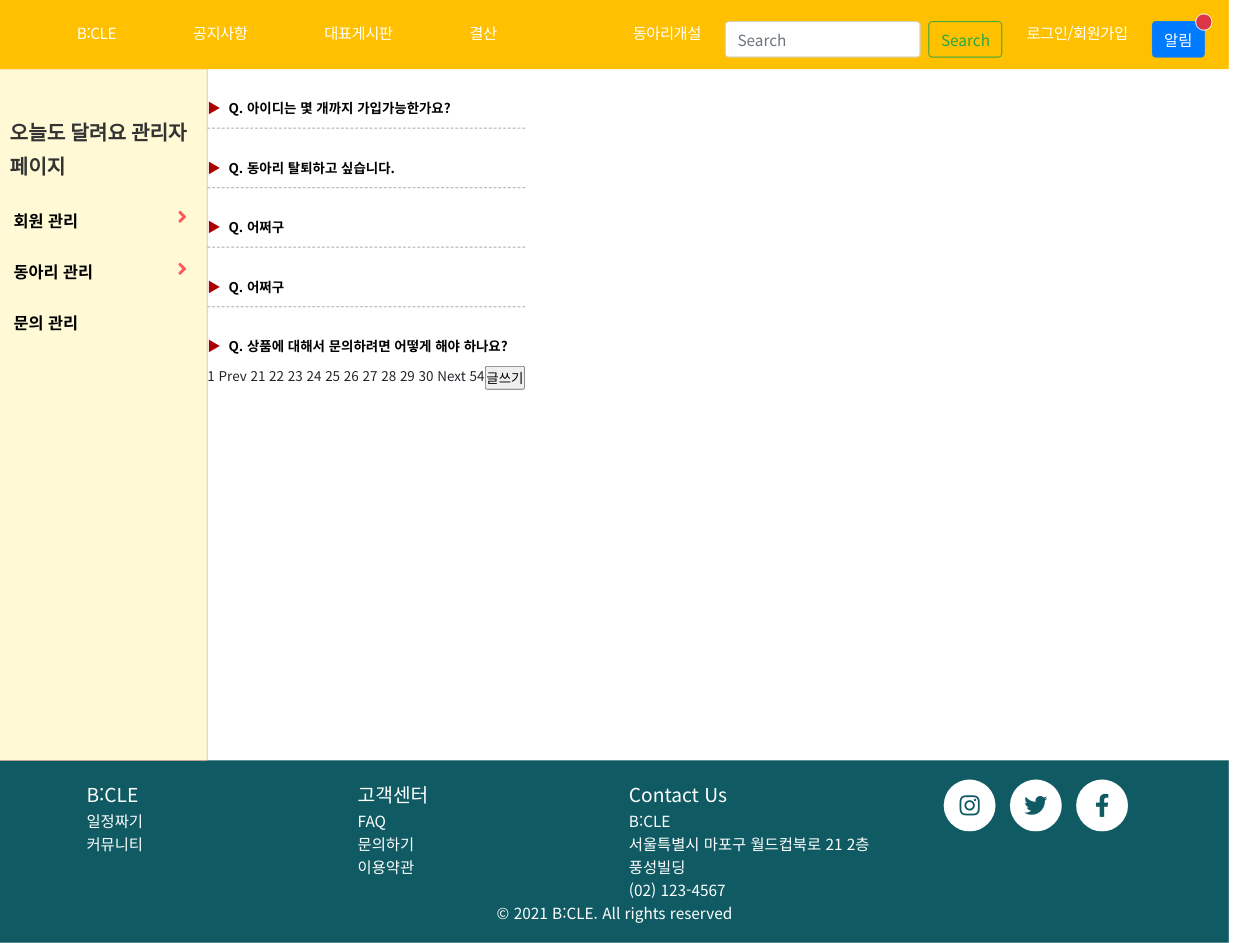
Repository: hyodii/FinalProject
Page: http://localhost/ViewPage/faqList.jsp
These files come from the project's save history. The page is drawn as it stood at one moment and after the next save; the edit follows.
The browser window is 1280 px wide. The page is 1280 px wide, then 1302 px, then 1280 px, so the pictures cover 1302 px, including what lies to the right of the window. The pictures show the whole page, at 96% of full size.
Some web fonts or font styles are not loaded; a fallback is used. Some web libraries are served in a nearby version. The page is served by Tomcat 9.

Above is the page before, as saved 2021-12-14 07:37:39.

### ViewPage/WebContent/faqList.jsp
<%@ page contentType="text/html; charset=UTF-8"%>
<%@ taglib prefix="c" uri="http://java.sun.com/jsp/jstl/core"%>
<%
   request.setCharacterEncoding("UTF-8");
   String cp = request.getContextPath();
%>
<!DOCTYPE html>
<html>
<head>
<meta charset="UTF-8">
<title>footerFaqList.jsp</title>
<style type="text/css">
.layout{
    max-width: 600px;
    margin: 0 auto;
}

.qna{
    list-style: none;
    margin: 0;
    padding: 0;
}
.qna > li{
  padding: 10px 0;
  box-sizing: border-box;
}
.qna > li:nth-child(n+2){ /* 아이템 구분 점선 */
  border-top: 1px dashed #aaa;
}
.qna input {
  display: none;
}

.qna label { /* 제목 - 클릭 영역 */
  font-weight: bold;
  color: #000;
  margin: 20px 0 0;
  cursor: pointer;
}
.qna label::before { /* 제목 앞 화살표 */
  content: "▶";
  display: block;
  color: #a00;
  margin-right: 8px;
  float: left;
}
.qna input:checked + label::before { /* 내용 펼침 상태 제목 앞 화살표 */
  content: "▼";
}

.qna div { /* 내용 영역 - 기본 감춤 상태 */
  display: none;
  color: #666;
  font-size: 0.9375em;
  overflow: hidden;
  padding: 10px 0 10px 30px;
  box-sizing: border-box;
  transition: max-height 0.4s;
}
.qna input:checked + label + div { /* 내용 영역 펼침 */
  display: block;
}

#content_footer
{
	display: flex;
	justify-content: space-between;
}



#content
{
	margin: 10vh 0vh 10vh 10vh;
	width: 100%;
}

.merge{
display : flex;
}
</style>
</head>
<body>
<!--
	footerFaqList.jsp
	- 푸터 고객센터 - 글목록 리스트
-->

<div class="wrap">
	<!-- 네브 영역 -->
      <div>
         <c:import url="nav.jsp"></c:import>
      </div>



    <div class="merge">
      <!-- 사이드바 영역 -->
      <div>
          <c:import url="sidebarBeeAdmin.jsp"></c:import>
      </div>

	<div class="content">
		<ul class="qna">
	         <li>
	             <input type="checkbox" id="qna-1">
	             <label for="qna-1">Q. 아이디는 몇 개까지 가입가능한가요?</label>
	             <div>
	                 <p>A. 안녕하세요. 비클 운영진입니다.<br> 아이디는 주민번호당 1 아이디를 원칙으로 하고있습니다.</p>
	             </div>
	         </li>
	         <li>
	             <input type="checkbox" id="qna-2">
	             <label for="qna-2">Q. 동아리 탈퇴하고 싶습니다.</label>
	             <div>
	                 <p>A. 안녕하세요. 비클 운영진입니다.<br> 동아리 메인페이지 하단에 동아리 탈퇴버튼으로 탈퇴가 가능합니다.</p>
	                 <p>단, 운영진의 경우 운영진자리를 위임해야 탈퇴가 가능합니다.</p>
	             </div>
	         </li>
	         <li>
	             <input type="checkbox" id="qna-3">
	             <label for="qna-3">Q. 어쩌구</label>
	             <div>
	                 <p>A. 어쩌구저꺼주 답변답변</p>
	                 <p>어쩌구저꺼주 답변답변어쩌구저꺼주 답변답변어쩌구저꺼주 답변답변어쩌구저꺼주 답변답변어쩌구저꺼주 답변답변어쩌구저꺼주 답변답변</p>
	             </div>
	         </li>
	         <li>
	             <input type="checkbox" id="qna-4">
	             <label for="qna-4">Q. 어쩌구</label>
	             <div>
	                 <p>A. 어쩌구 답변</p>
	             </div>
	         </li>
	         <li>
	             <input type="checkbox" id="qna-5">
	             <label for="qna-5">Q. 상품에 대해서 문의하려면 어떻게 해야 하나요?</label>
	             <div>
	                 <p>A. 상품에 관한 내용은 상품상세 화면에 자세히 안내되어 있습니다. 마이페이지 > 주문내역에서 주문한 상품을 선택하면 상세페이지로 이동합니다.</p>
	                 <p>상품 상세 내용에 표시되어 있지 않은 내용은 판매자에게 문의해 주십시오.</p>
	                 <p>> 판매자에게 문의</p>
	                 <p>1. "마이페이지 > 주문내역에서 상품 선택 > 배송/교환/반품 안내"에 표기된 판매자 연락처로 문의</p>
	                 <p>2. "["마이페이지 > 1:1문의하기 > 문읜타입에서 판매자에게 문의하기"를 선택한 후 질의 내용 작성</p>
	             </div>
	         </li>
	     </ul>

     	<div id="content_footer">
         <p>1 Prev 21 22 23 24 25 26 27 28 29 30 Next 54</p>
         <input type="button" value="글쓰기"
         onclick="javaScript:location.href='<%=cp %>/beefreeCreated.jsp'"/>
      	</div>

     </div>
    </div>
     	 <!-- 푸터 영역 -->
	      <div>
	      	<c:import url="footer.jsp"></c:import>
	      </div>

</div>

</body>
</html>

### ViewPage/WebContent/nav.jsp
<%@ page contentType="text/html; charset=UTF-8"%>
<%@ taglib prefix="c" uri="http://java.sun.com/jsp/jstl/core"%>
<%
	request.setCharacterEncoding("UTF-8");
String cp = request.getContextPath();
%>
<!DOCTYPE html>
<html lang="ko">
<head>
<meta charset="UTF-8">
<meta name="viewport" content="width=device-width, initial-scale=1">
<title>B:CLE</title>
<!-- <link rel="stylesheet" href="css/main.css"> -->
<link rel="stylesheet" href="css/font-awesome.min.css">
<link
	href="https://cdn.jsdelivr.net/npm/bootstrap@5.1.3/dist/css/bootstrap.min.css"
	rel="stylesheet"
	integrity="sha384-1BmE4kWBq78iYhFldvKuhfTAU6auU8tT94WrHftjDbrCEXSU1oBoqyl2QvZ6jIW3"
	crossorigin="anonymous">

<style>
@import
	url('https://fonts.googleapis.com/css?family=Exo+2|Noto+Sans+KR&display=swap')
	;
/*reset*/
* {
	margin: 0;
	padding: 0;
}
body {
	margin: 0;
}
h1, h2, h3, h4, h5, h6, p, ul, ol, li, dl, dt, dd {
	margin: 0;
	padding: 0;
}
h1, h2, h3, h4, h5, h6 {
	font-weight: 700;
	font-size: inherit;
}
a {
	color: inherit;
	text-decoration: inherit;
}
img {
	vertical-align: middle;
}
a img {
	border: none;
}
li {
	list-style: none;
}
address, em, i, ul {
	font-style: normal;
}
.mo {
	display: none;
}
body {
	font-family: 'Noto Sans KR', sans-serif;
	font-size: 14px;
}
header {
	font-family: 'Noto Sans KR', sans-serif;
	letter-spacing: -0.5px;
	background: rgb(255, 192, 0);
	color: white;
	height: 10vh;
	width: 100%;
	position: relative;
	margin-top: -20px;
}
.mainHeader {
	width: 100%;
	margin-top: 20px;
	box-sizing: border-box;
	vertical-align: center;
}
.mainHeader .gnbMo {
	display: none;
}
.mainHeader .gnb {
	float: left;
	margin-left: 80px;
	margin-top: 3vh;
}
.mainHeader .gnb li {
	float: left;
	margin-right: 80px;
}
.mainHeader .gnb li a {
	display: block;
	width: 100%;
	height: 100%;
	text-align: center;
	color: #fff;
	font-size: 16px;
	text-decoration-line: none;
}
.mainHeader .gnb li a:hover, .mainHeader .gnb li a:focus {
	color: #ff8342;
}
.mainHeader .tnb {
	float: right;
	margin-top: 3vh;
}
.mainHeader .tnb li {
	float: left;
	margin-right: 25px;
}
.mainHeader .tnb li a {
	display: block;
	width: 100%;
	height: 100%;
	text-align: center;
	font-size: 16px;
	color: #fff;
	text-decoration-line: none;
}
.mainHeader .tnb li:nth-child(1) a i, .mainHeader .tnb li:nth-child(2) a i
	{
	font-size: 20px;
	margin-right: 8px;
}
.mainHeader .tnb li:last-child a {
	display: block;
	width: 105px;
	line-height: 2;
	border: 1px solid #fff;
	border-radius: 30px;
	margin-top: 35px;
}
.mainHeader .tnb li:last-child a i {
	margin-left: 5px;
}
.mainHeader .tnb li:last-child a:hover {
	background: #fff;
	color: #ff8342;
	transition: all 0.3s;
}
.btn-primary {
    color: #fff;
    background-color: #105b63;
    border-color: #105b63;
}
</style>


</head>
<body>
	<!--header-->
	<header>
		<div class="mainHeader">
			<nav class="gnb">
				<ul>
					<li><a href="#">B:CLE</a></li>
					<li><a href="#">공지사항</a></li>
					<li><a href="#">대표게시판</a></li>
					<li><a href="#">결산</a></li>
				</ul>
			</nav>
			<nav class="tnb">
				<ul>

					<li><a href="#">동아리개설</a></li>

					<li>
						<form class="d-flex">
							<input class="form-control me-2" type="search"
								placeholder="Search" aria-label="Search">
							<button class="btn btn-outline-success" type="submit">Search</button>
						</form>
					</li>




					<li><a href="#"></i>로그인/회원가입</a></li>
					<li><button type="button"
							class="btn btn-primary position-relative">
							알림 <span
								class="position-absolute top-0 start-100 translate-middle p-2 bg-danger border border-light rounded-circle">
								<span class="visually-hidden">New alerts</span>
							</span>
						</button></li>
				</ul>
			</nav>
			<nav class="gnbMo">
				<a href="#"><i class="fa fa-bars" aria-hidden="true"></i></a>
			</nav>
		</div>
	</header>
</body>
</html>

<!-- 검색부분에 쓸 부트스트랩 -->
<!--       <form class="d-flex">
        <input class="form-control me-2" type="search" placeholder="Search" aria-label="Search">
        <button class="btn btn-outline-success" type="submit">Search</button>
      </form> -->

### ViewPage/WebContent/sidebarBeeAdmin.jsp
<%@ page contentType="text/html; charset=UTF-8"%>
<%@ taglib prefix="c" uri="http://java.sun.com/jsp/jstl/core"%>
<%
   request.setCharacterEncoding("UTF-8");
   String cp = request.getContextPath();
%>
<!DOCTYPE html>
<html>
<head>
<meta charset="UTF-8">
<title>sidebarBeeAdmin.jsp</title>
<link rel="stylesheet" href="https://use.fontawesome.com/releases/v5.14.0/css/all.css" integrity="sha384-HzLeBuhoNPvSl5KYnjx0BT+WB0QEEqLprO+NBkkk5gbc67FTaL7XIGa2w1L0Xbgc" crossorigin="anonymous">
<style type="text/css">
*
{
	margin: 0;
	padding: 0;
}

/* 사이드 메뉴 */
.left_menu
{
    /* position: fixed; */
    width: 30vh;
    height: 100vh;
    z-index: 10;
  	background: #FFFAD5;
    border-right: 1px solid rgba(0, 0, 0, 0.07);
    bottom: 50px;
    height: 100%;
    margin-top: 0px;
    padding-bottom: 0px;
    /* box-shadow: 0 0px 24px 0 rgb(0 0 0 / 6%), 0 1px 0px 0 rgb(0 0 0 / 2%); */
    color: white;
    overflow:hidden;
}

.sub_menu
{
    margin-top: 50px;
}

.left_menu>.sub_menu li:hover
{
    color: ff5858;
    background-color: #e1e1e1;
}

.left_menu>.sub_menu li
{
    color: black;
    font-size: 17px;
    font-weight: 600;
    padding: 20px 0px 8px 14px;
}

.sub_menu>h2
{
    padding-bottom: 4px;
    margin-top: 30px;
    font-size: 21px;
    font-weight: 600;
    color: #333;
    margin-left: 10px;
    margin-right: 10px;
    font-family: 'NotoKrB';
    line-height: 35px;
}

.sub_menu .fas
{
    color: #ff5858;
    font-size: 20px;
    line-height: 20px;
    float: right;
    margin-right: 20px;
}

.sub_menu>.big_menu>.small_menu li
{
    color: #797979;
    font-size: 14px;
    font-weight: 600;
    margin-left: 14px;
    padding-top: 8px;
}

.big_menu
{
    cursor: pointer;
}

ul
{
    padding-inline-start: 0px;
}

a
{
    color: #797979;
    text-decoration: none;
    background-color: transparent;
}

ul
{
    list-style: none;
}

ol,
ul
{
    margin-top: 0;
    margin-bottom: 10px;
}

.has_sub
{
    width: 100%;
}

.hide_sidemenu
{
    display: none;
}

.background
{
	background-color: #ff5858;
	width: 30vh;
	height:100vh;

}
</style>
<script type="text/javascript" src="http://code.jquery.com/jquery.min.js"></script>
<script type="text/javascript">
    $(function () {
        /* $(".left_sub_menu").hide(); */
        $(".has_sub").click(function () {
            $(".left_sub_menu").fadeToggle(300);
        });
        // 왼쪽메뉴 드롭다운
        $(".sub_menu ul.small_menu").hide();
        $(".sub_menu ul.big_menu").click(function () {
            $("ul", this).slideToggle(300);
        });

        /*
        // 외부 클릭 시 좌측 사이드 메뉴 숨기기
        $('.overlay').on('click', function () {
            $('.left_sub_menu').fadeOut();
            $('.hide_sidemenu').fadeIn();
        });
         */
    });
</script>
</head>
<body>
<div id="wrapper">
	    <!-- 왼쪽 서브 메뉴 -->
	    <div class="background">
	    <div class="left_menu">
	        <div class="sub_menu">
	            <h2>오늘도 달려요 관리자 페이지</h2>
	            <ul class="big_menu">
	                <li>회원 관리<i class="arrow fas fa-angle-right"></i></li>
	                <ul class="small_menu">
	                    <li><a href="#">동아리원 목록</a></li>
						<li><a href="#">가입대기 목록</a></li>
						<li><a href="#">강퇴자 목록</a></li>
						<li><a href="#">영구정지회원</a></li>
						<li><a href="#">회의</a></li>
	                </ul>
	            </ul>

	            <ul class="big_menu">
	                <li>동아리 관리<i class="arrow fas fa-angle-right"></i></li>
	                <ul class="small_menu">
	                    <li><a href="#">동아리 정보 수정</a></li>
						<li><a href="#">동아리 폐쇄</a></li>
	                </ul>
	            </ul>

	            <ul class="big_menu">
	                <li>문의 관리</li>
	            </ul>

	        </div>
	    </div>
	    </div>
</div>

</body>
</html>

### ViewPage/WebContent/footer.jsp
<%@ page contentType="text/html; charset=UTF-8"%>
<%@ taglib prefix="c" uri="http://java.sun.com/jsp/jstl/core"%>
<%
	request.setCharacterEncoding("UTF-8");
	String cp = request.getContextPath();
%>
<!DOCTYPE html>
<html>
<head>
<meta charset="utf-8">
<title>B:CLE Footer(예비용)</title>

<link
	href="https://cdn.jsdelivr.net/npm/bootstrap@4.4.1/dist/css/bootstrap.min.css"
	rel="stylesheet">
<script
	src="https://cdn.jsdelivr.net/npm/bootstrap@4.4.1/dist/js/bootstrap.bundle.min.js"></script>
<link rel="preconnect" href="https://fonts.googleapis.com">
<link rel="preconnect" href="https://fonts.gstatic.com">
<link
	href="https://fonts.googleapis.com/css2?family=Noto+Sans+KR:wght@400;700&display=swap"
	rel="stylesheet">
<script src="https://kit.fontawesome.com/dab690a483.js" crossorigin="anonymous"></script>
<style type="text/css">

/*reset*/
* {margin: 0;padding: 0;}
body {margin: 0;}
h1, h2, h3, h4, h5, h6, p, ul, ol, li, dl, dt, dd {margin: 0; padding: 0;}
h1, h2, h3, h4, h5, h6 {font-weight: 700; }
a {color: inherit; text-decoration: inherit;}
img {vertical-align: middle;}
a img {border: none;}
li {list-style: none;}
address, em, i, ul {font-style: normal;}

/*layout*/
.mo {display: none;}
.en {font-family: 'Exo 2', sans-serif;}
body {font-family: 'Noto Sans KR', sans-serif; font-size: 14px;}
.wrap {margin: 0 auto; }

#footer-wrapper
{
	background-color: #105B63;
	font-family: 'Noto Sans KR', sans-serif;
	font-size: 12pt;
	/* position:fixed; */
}
.title
{
	font-family: 'Noto Sans KR', sans-serif;
	font-size: 15pt;
	color: white;
}

.container
{
	padding: 20px;
}

ul
{
   list-style:none;
   padding-left:0px;
}
a.menuitem
{
	text-decoration: none;
	text-align: center;
	color: white;
}
a.menuitem
{
	text-decoration: none;
	text-align: center;
	color: white;
}
a.menuitem:hover
{
	color: #FFD34E;
}

p.menuitem
{
	color: white;
}
.second-box
{
  display: flex;
  justify-content: flex-end;
}

.icon
{
  /* width: 40%; */
  display: flex;
  justify-content: flex-end;
  color: #105B63;
}

.icon-box
{
  width: 54px;
  height: 54px;
  background-color: white;
  border-radius: 50%;
  margin-right: 15px;
  display: flex;
  justify-content: center;
  align-items: center;
}

.icon
{
  font-size: 24px;
}
.icon:hover {
  color: #FFD34E;
}

ul.menu
{
	color: white;
}

</style>

</head>
<body>

<!-- Footer -->
<div id="footer-wrapper">
	<footer id="footer" class="container">
		<div class="row">
			<div class="col-3 col-6-medium col-12-small">

				<!-- Links -->
					<section class="widget links">
						<div class="title">B:CLE</div>
						<ul class="style2">
							<li><a href="#" class="menuitem">일정짜기</a></li>
							<li><a href="mainhome.action" class="menuitem">커뮤니티</a></li>
							<!-- <li><a href="#">Felis varius pellentesque potenti</a></li>
							<li><a href="#">Nullam scelerisque blandit leo</a></li> -->
						</ul>
					</section>

			</div>
			<div class="col-3 col-6-medium col-12-small">

				<!-- Links -->
					<section class="widget links">
						<div class="title">고객센터</div>
						<ul class="style2">
							<li><a href="#" class="menuitem">FAQ</a></li>
							<li><a href="#" class="menuitem">문의하기</a></li>
							<li><a href="#" class="menuitem">이용약관</a></li>
							<!-- <li><a href="#">Felis varius pellentesque potenti</a></li>
							<li><a href="#">Nullam scelerisque blandit leo</a></li> -->
						</ul>
					</section>

			</div>

			<div class="col-3 col-6-medium col-12-small">

				<!-- Contact -->
					<section class="widget contact last">
						<div class="title">Contact Us</div>

						<p class="menuitem">B:CLE<br />
						서울특별시 마포구 월드컵북로 21 2층 풍성빌딩<br />
						(02) 123-4567</p>
					</section>

			</div>

			<div class="col-3 col-6-medium col-12-small">

				<!-- 아이콘 -->
				<!-- <section class="widget contact last icon"> -->
					<div class="second-box">
			              <div class="icon-box">
			                  <i class="fab fa-instagram icon"></i>
			              </div>
			              <div class="icon-box">
			                  <i class="fab fa-twitter icon"></i>
			              </div>
			              <div class="icon-box">
			                  <i class="fab fa-facebook-f icon"></i>
			              </div>
					</div>
				<!-- </section> -->

			</div>

		</div>

		<div class="row">
			<div class="col-12">
				<div id="copyright">
					<ul class="menu" style="text-align: center;">
						<li>&copy; 2021 B:CLE. All rights reserved</li>
					</ul>
				</div>
			</div>
		</div>
	</footer>
</div>

</body>
</html>

After the next save:
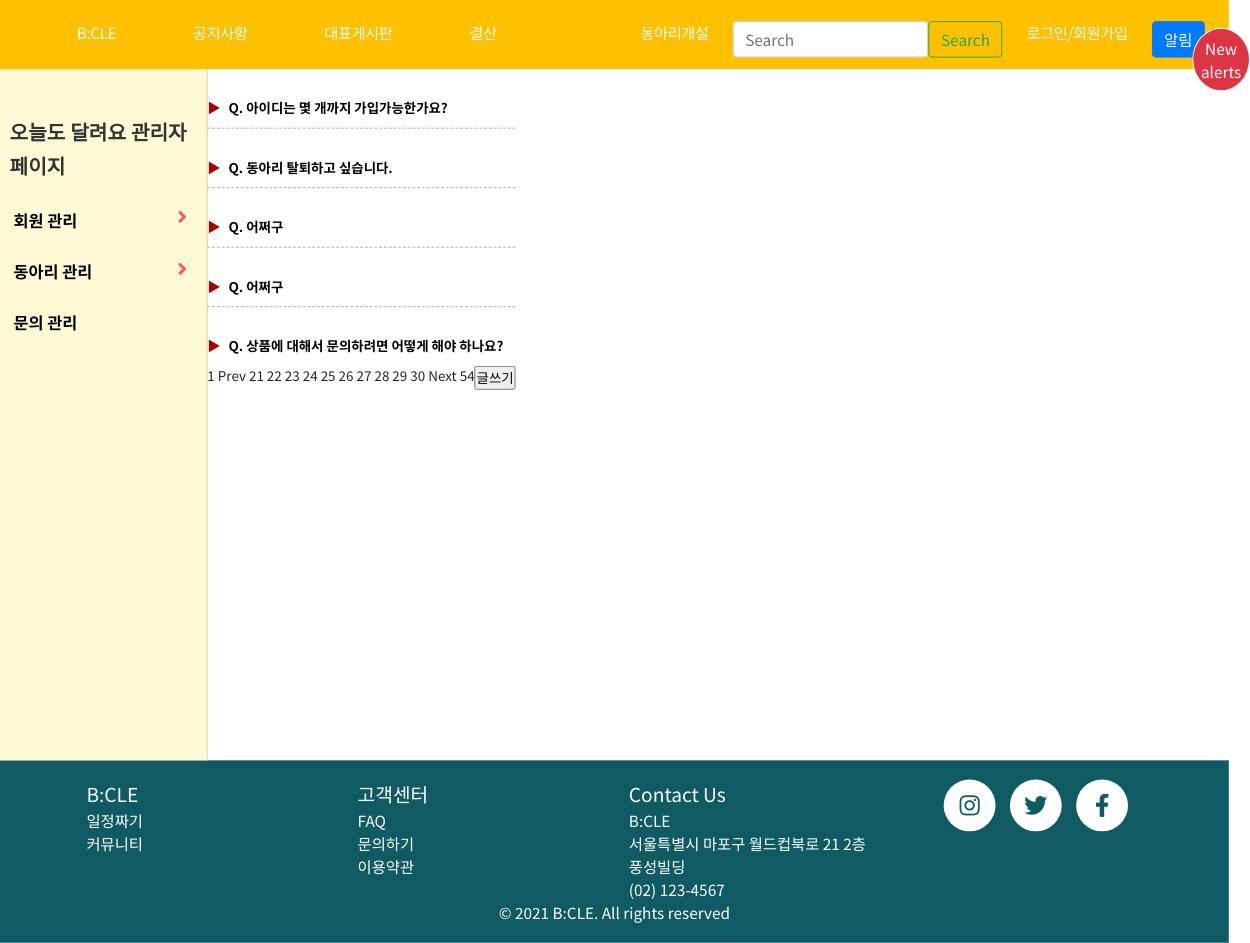
Saved 26 s later.
--- a/ViewPage/WebContent/faqList.jsp
+++ b/ViewPage/WebContent/faqList.jsp
@@ -69,16 +69,31 @@
 
 
 
-#content
-{
-	margin: 10vh 0vh 10vh 10vh;
-	width: 100%;
+/*reset*/
+* {margin: 0;padding: 0;}
+body {margin: 0;}
+h1, h2, h3, h4, h5, h6, p, ul, ol, li, dl, dt, dd {margin: 0; padding: 0;}
+h1, h2, h3, h4, h5, h6 {font-weight: 700; }
+a {color: inherit; text-decoration: inherit;}
+img {vertical-align: middle;}
+a img {border: none;}
+li {list-style: none;}
+address, em, i, ul {font-style: normal;}
+
+/*layout*/
+.mo {display: none;}
+.en {font-family: 'Exo 2', sans-serif;}
+body {font-family: 'Noto Sans KR', sans-serif; font-size: 14px;}
+.wrap {margin: 0 auto; }
+
+#content{
+margin: 10vh 0vh 10vh 10vh;
 }
 
 .merge{
 display : flex;
 }
-</style>
+/style>
 </head>
 <body>
 <!--

After the save that followed:
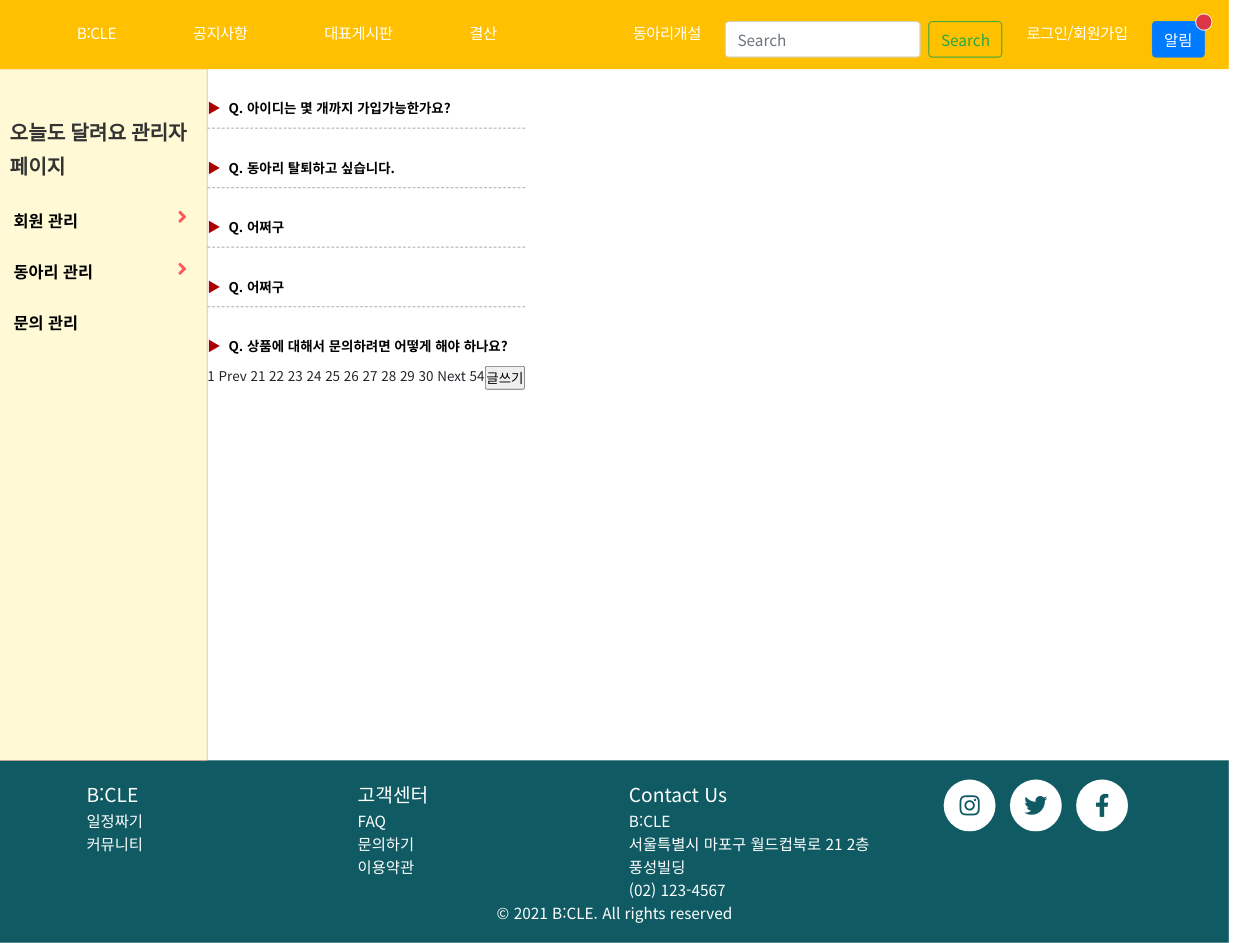
Saved 25 s later.
--- a/ViewPage/WebContent/faqList.jsp
+++ b/ViewPage/WebContent/faqList.jsp
@@ -69,31 +69,16 @@
 
 
 
-/*reset*/
-* {margin: 0;padding: 0;}
-body {margin: 0;}
-h1, h2, h3, h4, h5, h6, p, ul, ol, li, dl, dt, dd {margin: 0; padding: 0;}
-h1, h2, h3, h4, h5, h6 {font-weight: 700; }
-a {color: inherit; text-decoration: inherit;}
-img {vertical-align: middle;}
-a img {border: none;}
-li {list-style: none;}
-address, em, i, ul {font-style: normal;}
-
-/*layout*/
-.mo {display: none;}
-.en {font-family: 'Exo 2', sans-serif;}
-body {font-family: 'Noto Sans KR', sans-serif; font-size: 14px;}
-.wrap {margin: 0 auto; }
-
-#content{
-margin: 10vh 0vh 10vh 10vh;
+#content
+{
+	margin: 10vh 0vh 10vh 10vh;
+	width: 100vh;
 }
 
 .merge{
 display : flex;
 }
-/style>
+</style>
 </head>
 <body>
 <!--
